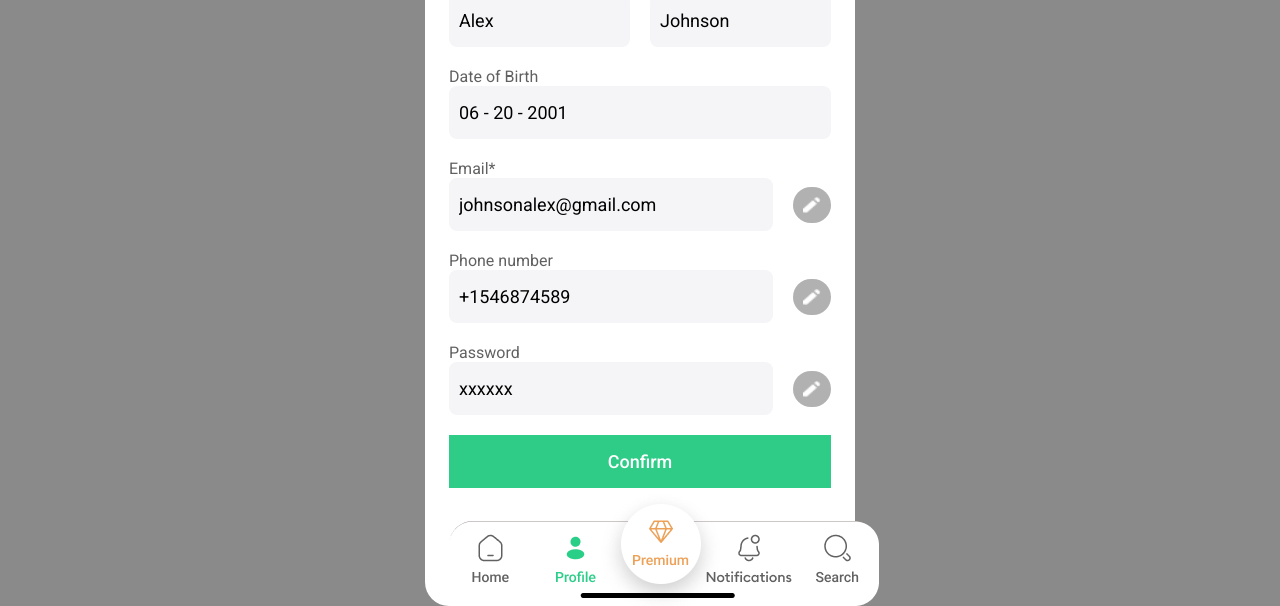
Repository: AytacSafarova/Task-figma-ui
Page: index.html
These files come from the project's save history. The page is drawn as it stood at one moment and after the next save; the edit follows.
The browser window is 1280 px wide. The pictures show the part of the page from y = 300 to 906 px (the page is 906 px tall).

Above is the page before, as saved 2023-02-25 17:55:40.

After the next save:
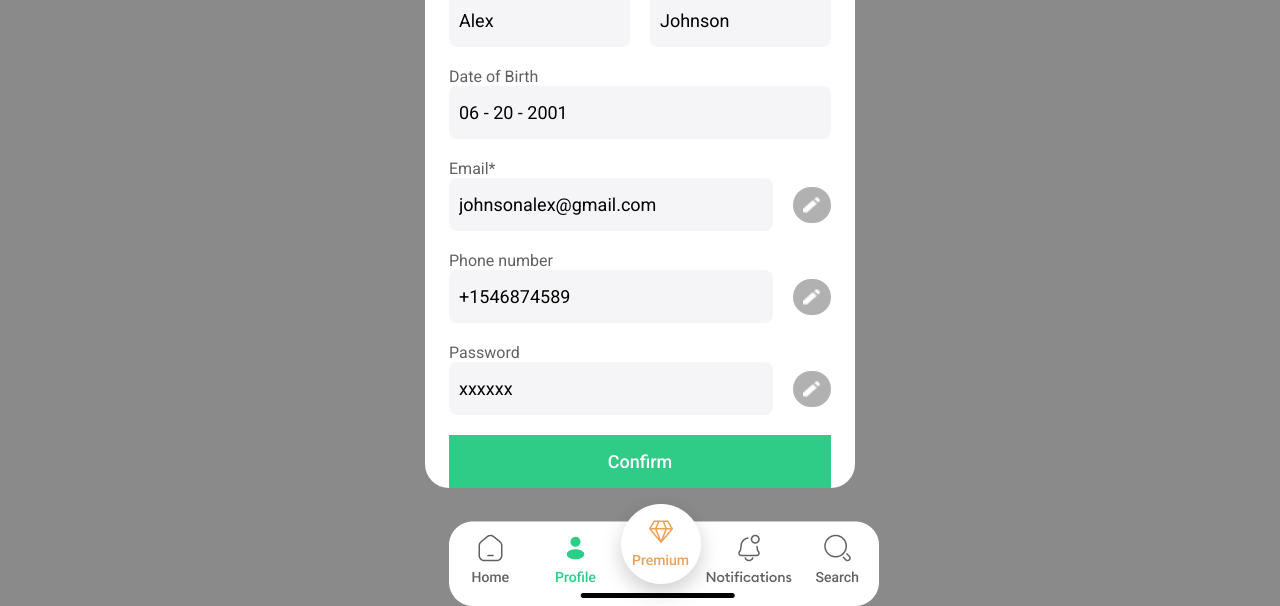
Saved 12 s later.
--- a/index.css
+++ b/index.css
@@ -112,3 +112,7 @@ button {
   font-family: Roboto;
   font-weight: 500;
 }
+footer{
+    position: absolute;
+    top: ;
+}
